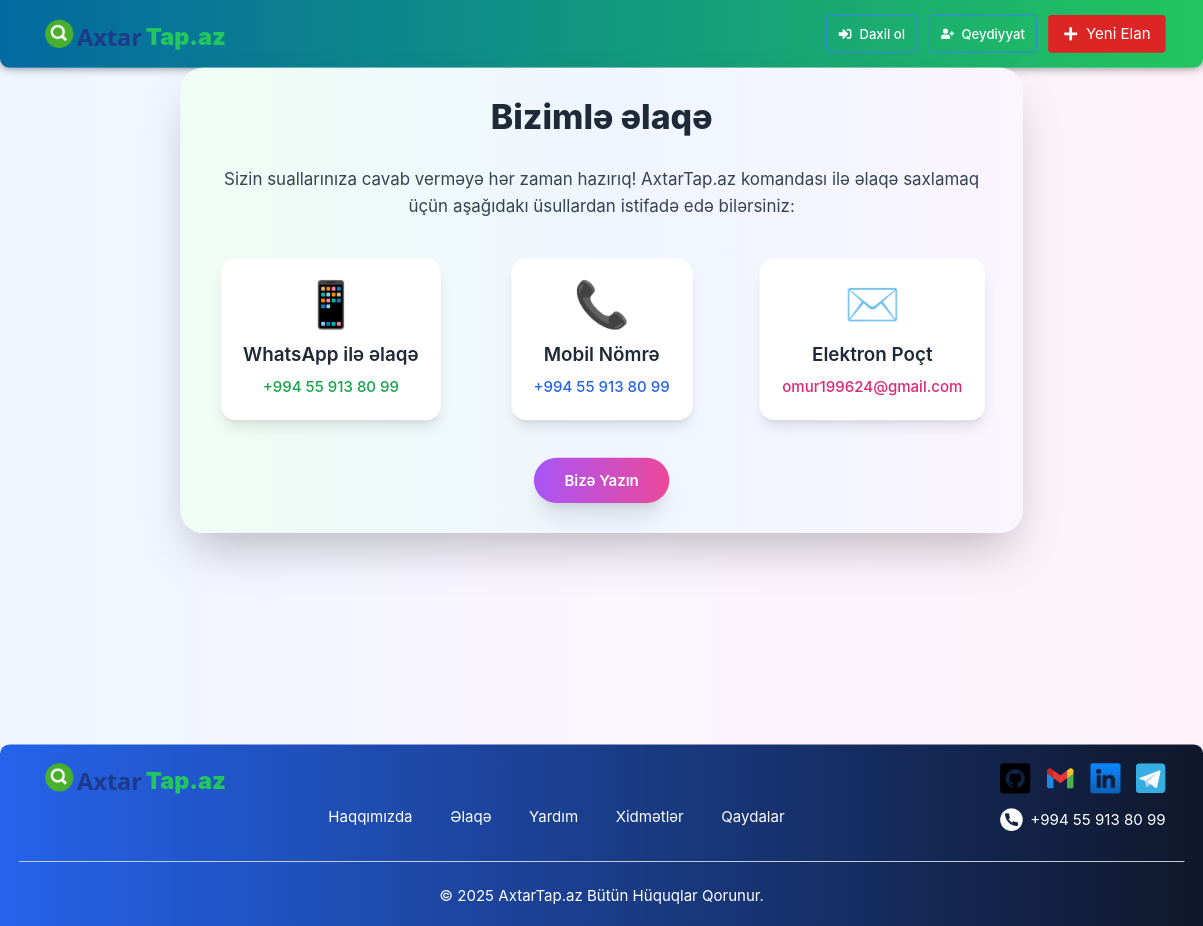
Repository: Omur56/AxtarTap.az
Page: /contact
The author's editor kept a copy of each file at every save. The page is drawn from the files as they stood at one save, then again after a run of saves.
The browser window is 1280 px wide. The pictures show the whole page, at 94% of full size.
The project was rebuilt for these pictures with package versions that can differ from the ones it lists, and the page was loaded fresh each time. Some packages were replaced by stand-ins written for this rebuild. Also part of the build but not shown: src/pages/Katalog/Cateqories/index.jsx, src/pages/Katalog/index.jsx, src/pages/About/index.jsx, src/pages/Qaydalar/index.jsx, src/pages/Yardım/index.jsx, src/pages/Xidmetler/index.jsx, src/pages/Home/index.jsx, src/components/CreatePostNeqliyyat/index.jsx and 32 more.

Above is the page before, as saved 2025-08-21 19:44:34.

After the next 2 saves:
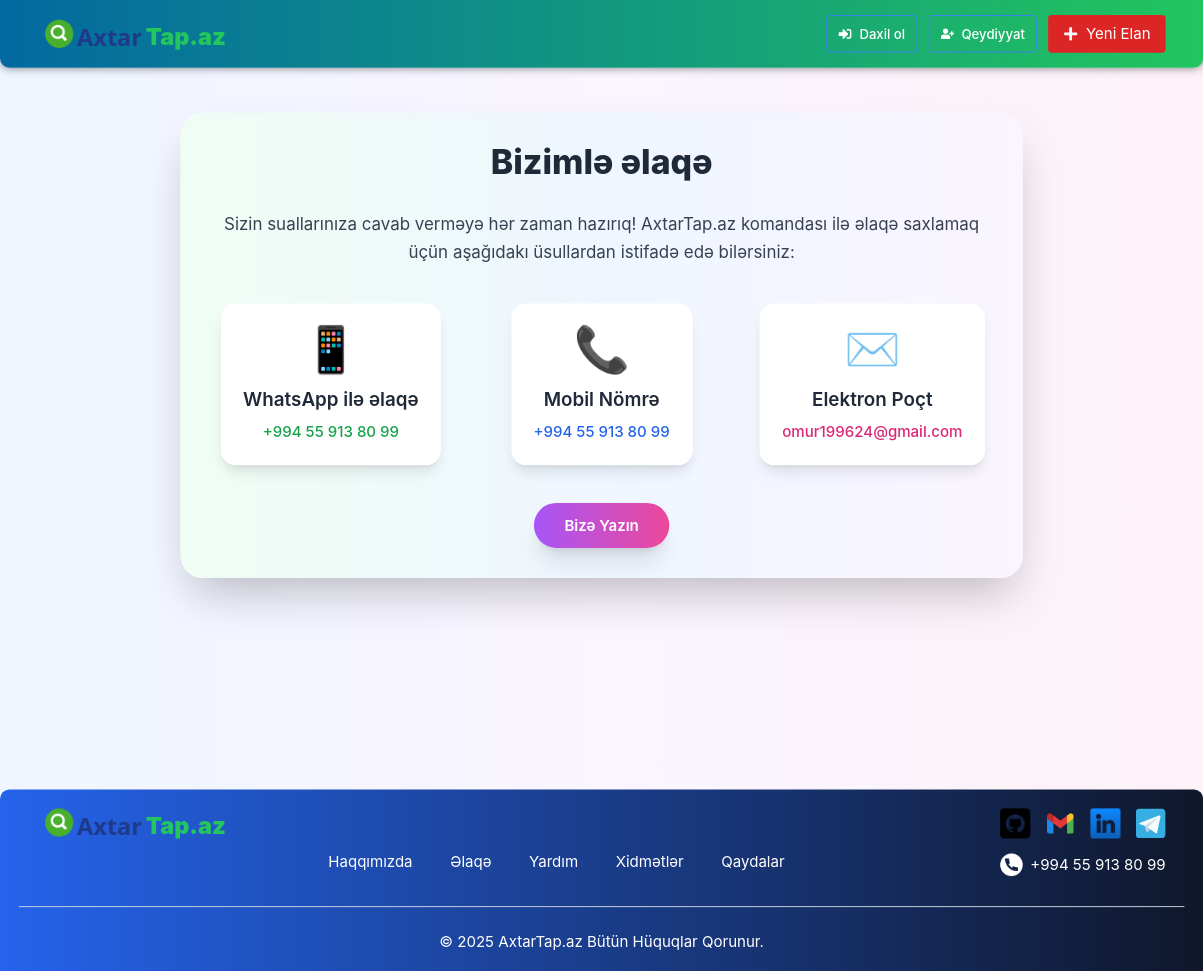
The 2 saves are shown as one change because they came seconds apart.
The last was saved 9 s later.
--- a/src/pages/Contact/index.jsx
+++ b/src/pages/Contact/index.jsx
@@ -4,7 +4,7 @@
 const Contact = () => {
     return (
         <div className="min-h-screen ">
-            <div className="max-w-4xl mx-auto p-8  mb-12   bg-gradient-to-r from-green-50 via-blue-50 to-purple-50 rounded-3xl shadow-2xl">
+            <div className="max-w-4xl mx-auto p-8 mt-12 mb-12    bg-gradient-to-r from-green-50 via-blue-50 to-purple-50 rounded-3xl shadow-2xl">
   <h2 className="text-4xl font-extrabold text-gray-800 mb-8 text-center">Bizimlə əlaqə</h2>
 
   <p className="text-gray-700 text-lg leading-relaxed text-center mb-10">
